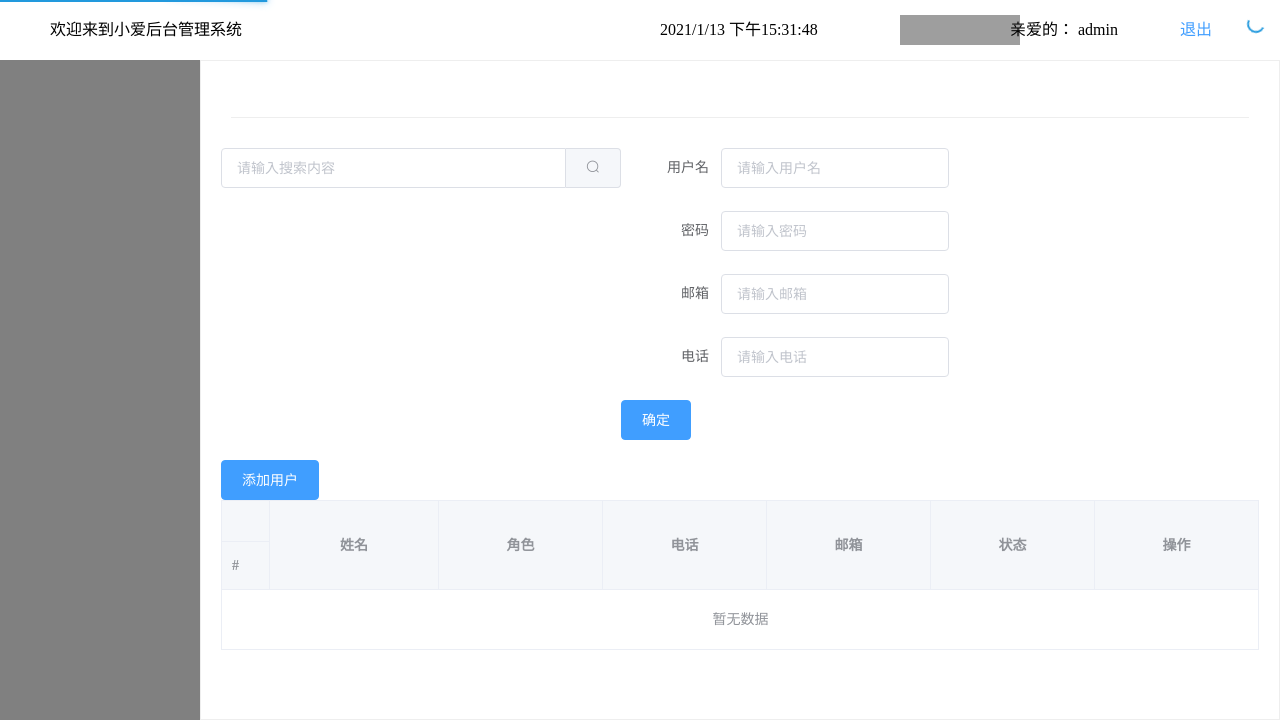
Repository: heyegang/vuex
Page: /usermanagement
An editor plug-in stored every save of this project. The page is shown before and after the next save, followed by the edit.
The browser window is 1280 px wide. The pictures show the whole page.
Pictures or frames that could not be fetched are drawn as grey boxes. The page's requests for data from a server got no answer. The project was rebuilt for these pictures with package versions that can differ from the ones it lists, and the page was loaded fresh each time. No one was signed in, and anything a server would have sent is missing. Also part of the build but not shown: vue.config.js, src/views/Home.vue, src/components/navsidebar/NavSidebar.vue.

Above is the page before, as saved 2021-01-14 09:57:46.

After the next save:
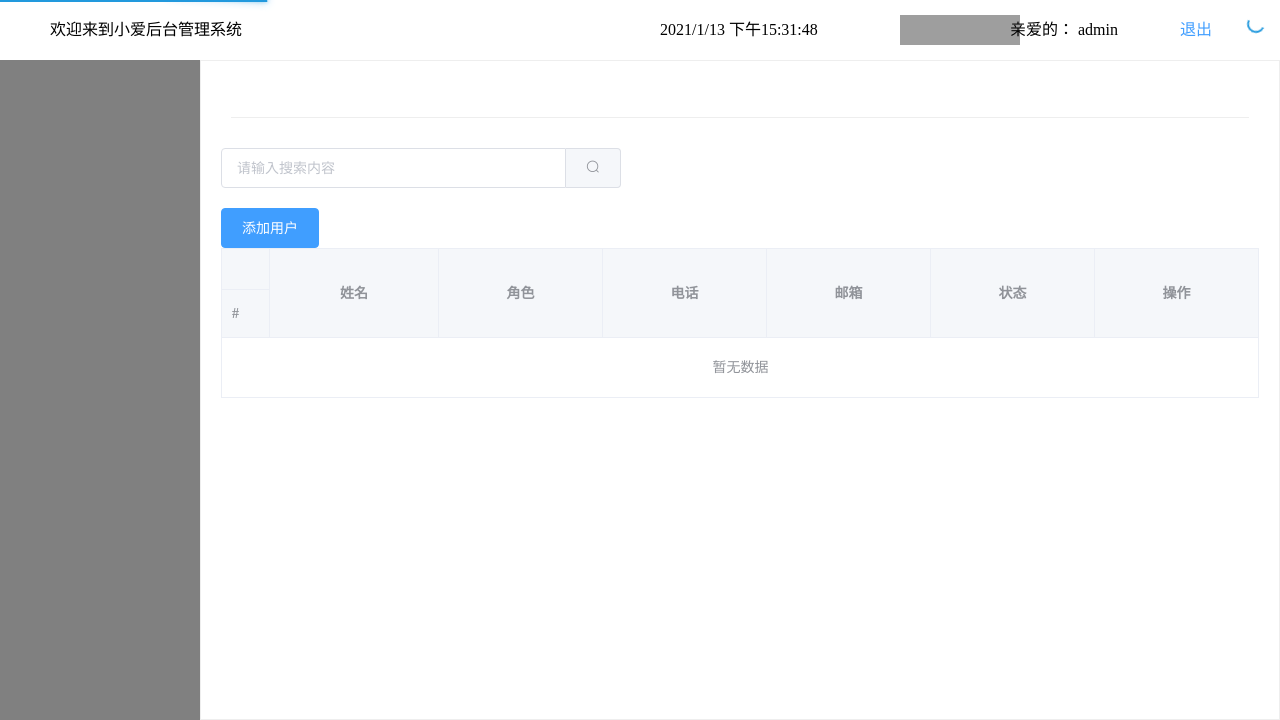
Saved 5 min 44 s later.
--- a/src/components/aisearch/AiSearch.vue
+++ b/src/components/aisearch/AiSearch.vue
@@ -6,32 +6,6 @@
     </div>
     <!-- 添加弹框 -->
     <!-- 添加用户表单 -->
-    <el-aidialog :visible.sync="visible">
-      <el-form
-      :model="ruleForm"
-      :rules="rules"
-      ref="ruleForm"
-      label-width="100px"
-      :validate-on-rule-change='false'
-    >
-      <!-- key不能绑定在template中 -->
-      <template v-for="(item, index) in options">
-        <el-form-item :key="index" :label="item.label" :prop="item.prop">
-          <!-- 生成图表 -->
-          <!-- is内跟传过来的标签名：样式标签 -->
-          <component
-            :is="`el-${item.type}`"
-            v-model="ruleForm[item.prop]"
-            :placeholder="item.placeholder"
-            v-bind="item.attrs"
-          ></component>
-        </el-form-item>
-      </template>
-      <template>
-        <slot name="btn" :from='this.$refs.ruleForm' :values='ruleForm'></slot>
-      </template>
-    </el-form>
-    </el-aidialog>
 
   </div>
 </template>
